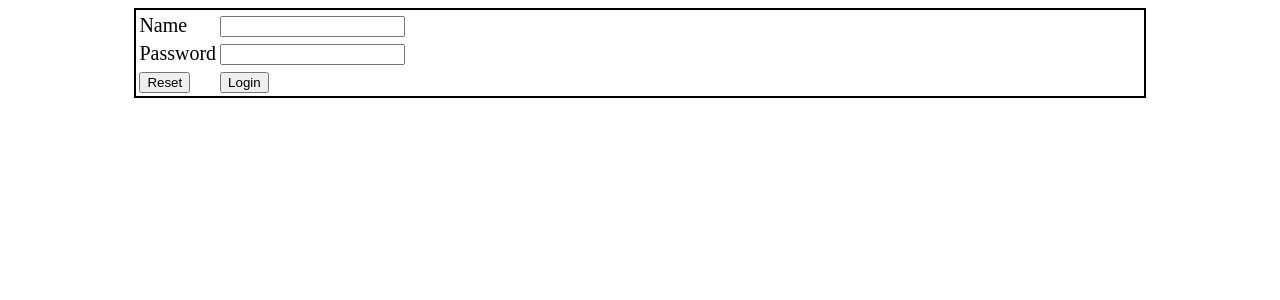
Repository: jks2127/SMS-webApp
Page: sms 1.2/WebContent/index.html
An editor plug-in stored every save of this project. The page is shown before and after the next save, followed by the edit.
The browser window is 1280 px wide. The pictures show the whole page.

Above is the page before, as saved 2021-06-11 12:05:13.

After the next save:
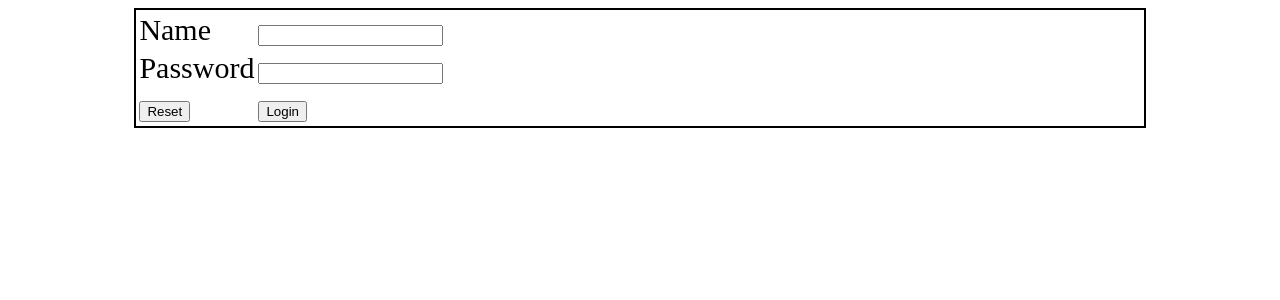
Saved 8 s later.
--- a/sms 1.2/WebContent/index.html
+++ b/sms 1.2/WebContent/index.html
@@ -9,7 +9,7 @@
 		margin-left:10%;
 		margin-right:10%;
 		border:2px solid black;
-		font-size:20px;
+		font-size:30px;
 		}
 	</style>
 </head>

After the save that followed:
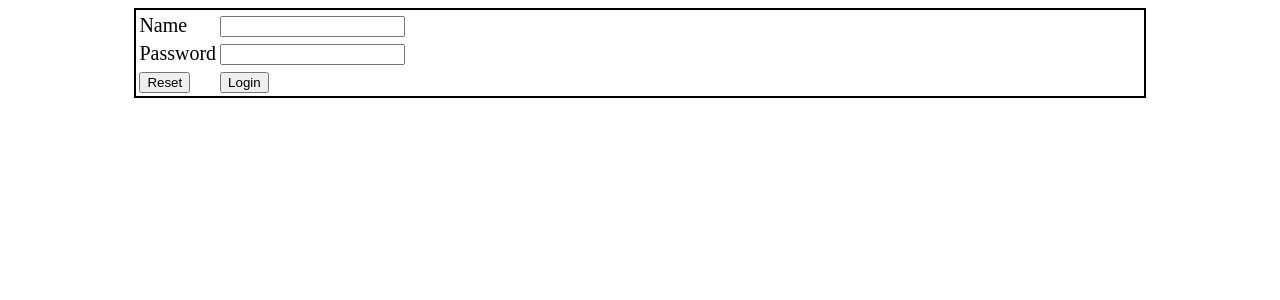
Saved 6 s later.
--- a/sms 1.2/WebContent/index.html
+++ b/sms 1.2/WebContent/index.html
@@ -9,7 +9,7 @@
 		margin-left:10%;
 		margin-right:10%;
 		border:2px solid black;
-		font-size:30px;
+		font-size:20px;
 		}
 	</style>
 </head>
